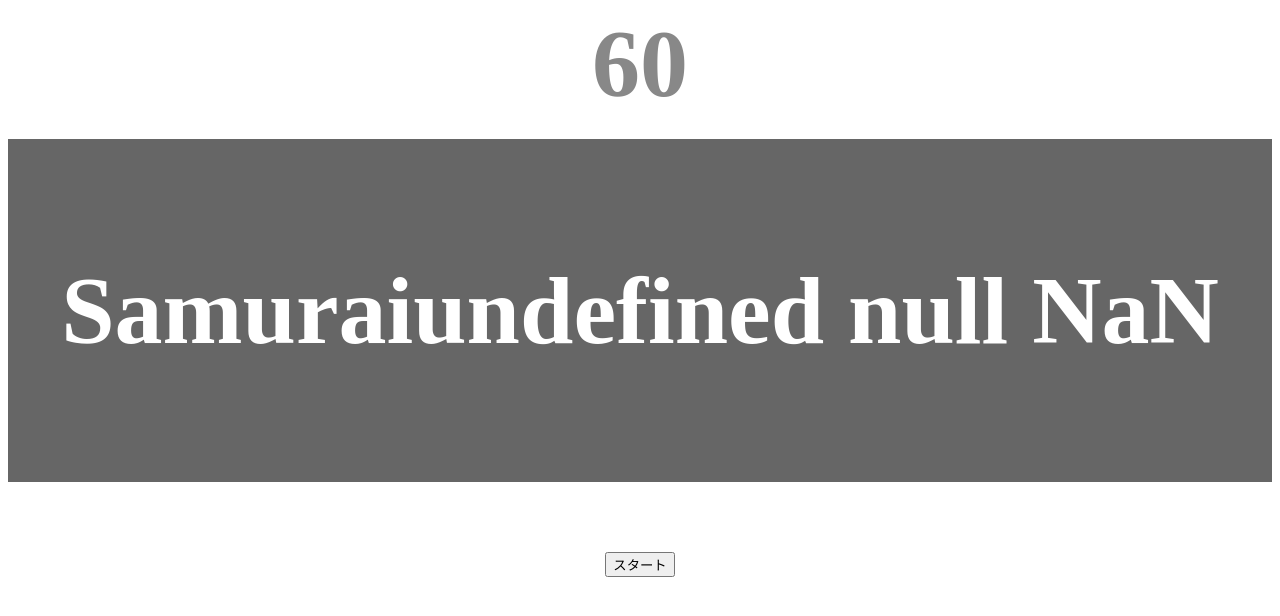
Repository: kazu999999/samurai_HTML-CSS
Page: index.html
The author's editor kept a record of every edit. The page is drawn from the files as they stood at one moment, then again after the next edit.
The browser window is 1280 px wide. The pictures show the whole page.
After loading, the first visible `#start` was clicked once.

Above is the page before.

After the next edit:
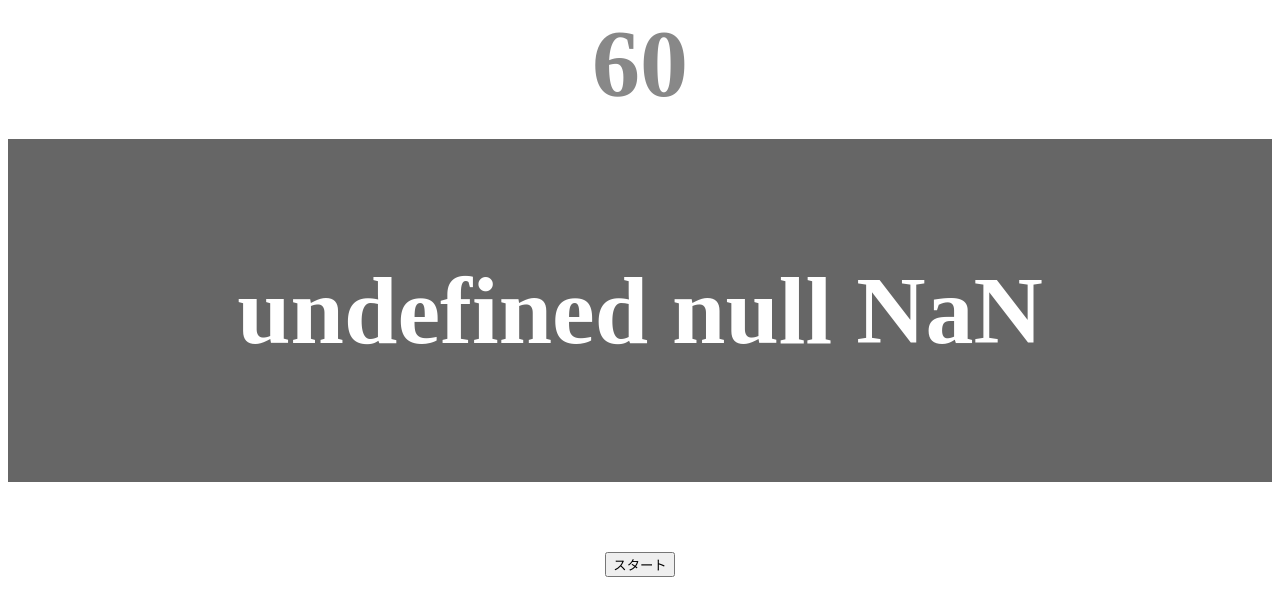
The edit:
--- a/index.html
+++ b/index.html
@@ -57,6 +57,7 @@
 const createText = () => {
   const p = document.getElementById('text');
    const rnd = Math.floor(Math.random() * textLists.length);
+   p.textContent = '';
 
     // 配列の0番目にあるテキストを画面に表示する
      textLists[rnd].split('').map(value => {
